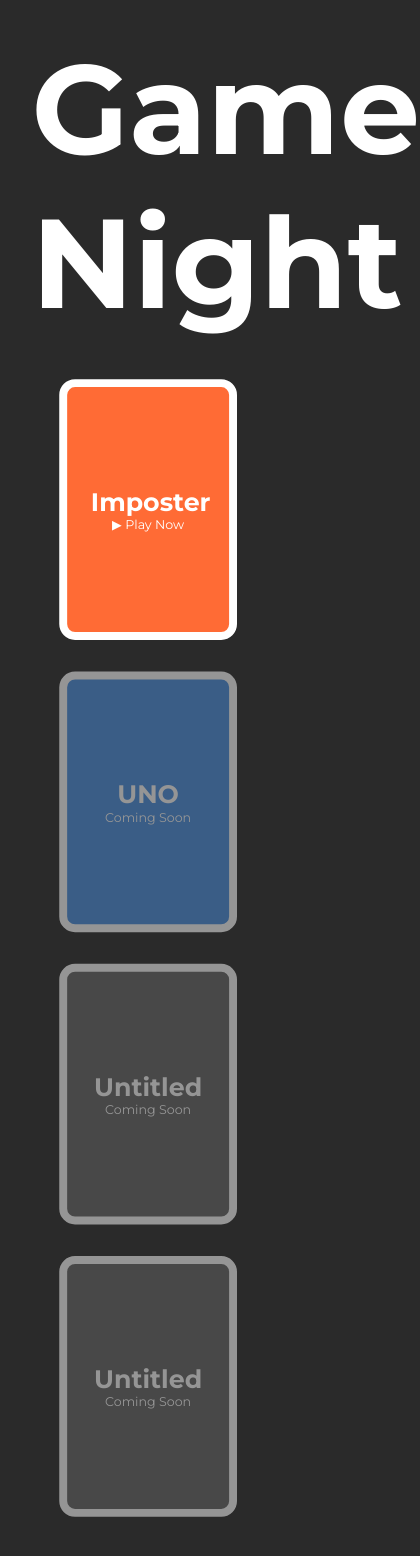
Repository: nfemmanuel/game-night-app
Page: /
The author's editor kept a copy of each file at every save. The page is drawn from the files as they stood at one save, then again after the next save.
The browser window is 375 px wide. The page is 532 px wide, then 375 px, then 532 px, so the pictures cover 532 px, including what lies to the right of the window. The pictures show the whole page, at 79% of full size.
The project was rebuilt for these pictures with package versions that can differ from the ones it lists, and the page was loaded fresh each time. Also part of the build but not shown: src/components/HelpButton.jsx, src/components/BackButton.jsx, src/pages/ImposterSetup.jsx, src/data/wordList.js, src/pages/ImposterReveal.jsx, src/pages/ImposterVoting.jsx.

Above is the page before, as saved 2025-12-31 17:51:34.

### public/index.html
<!DOCTYPE html>
<html lang="en">
  <head>
    <meta charset="utf-8" />
    <link rel="icon" href="%PUBLIC_URL%/favicon.ico" />
    <link rel="preconnect" href="https://fonts.googleapis.com">
    <link rel="preconnect" href="https://fonts.gstatic.com" crossorigin>
    <link href="https://fonts.googleapis.com/css2?family=Montserrat:wght@400;600;700&display=swap" rel="stylesheet">
    <meta name="viewport" content="width=device-width, initial-scale=1" />
    <meta name="theme-color" content="#000000" />
    <meta
      name="description"
      content="Web site created using create-react-app"
    />
    <link rel="apple-touch-icon" href="%PUBLIC_URL%/logo192.png" />
    <!--
      manifest.json provides metadata used when your web app is installed on a
      user's mobile device or desktop. See https://developers.google.com/web/fundamentals/web-app-manifest/
    -->
    <link rel="manifest" href="%PUBLIC_URL%/manifest.json" />
    <!--
      Notice the use of %PUBLIC_URL% in the tags above.
      It will be replaced with the URL of the `public` folder during the build.
      Only files inside the `public` folder can be referenced from the HTML.

      Unlike "/favicon.ico" or "favicon.ico", "%PUBLIC_URL%/favicon.ico" will
      work correctly both with client-side routing and a non-root public URL.
      Learn how to configure a non-root public URL by running `npm run build`.
    -->
    <title>React App</title>
  </head>
  <body>
    <noscript>You need to enable JavaScript to run this app.</noscript>
    <div id="root"></div>
    <!--
      This HTML file is a template.
      If you open it directly in the browser, you will see an empty page.

      You can add webfonts, meta tags, or analytics to this file.
      The build step will place the bundled scripts into the <body> tag.

      To begin the development, run `npm start` or `yarn start`.
      To create a production bundle, use `npm run build` or `yarn build`.
    -->
  </body>
</html>

### src/App.js
import { BrowserRouter, Routes, Route } from 'react-router-dom';
import './styles/global.css';
import LandingPage from './pages/LandingPage';
import ImposterSetup from './pages/ImposterSetup';
import ImposterReveal from './pages/ImposterReveal';
import ImposterVoting from './pages/ImposterVoting';

function App() {
  return (
    <BrowserRouter>
      <Routes>
        <Route path="/" element={<LandingPage />} />
        <Route path="/imposter-setup" element={<ImposterSetup />} />
        <Route path="/imposter-reveal" element={<ImposterReveal />} />
        <Route path="/imposter-voting" element={<ImposterVoting />} />
      </Routes>
    </BrowserRouter>
  );
}

export default App;

### src/styles/global.css
* {
    margin: 0;
    padding: 0;
    box-sizing: border-box;
}

body {
    font-family: 'Montserrat',
        'Helvetica Neue',
        'Arial',
        sans-serif;
    background-color: rgb(42, 42, 42);
    color: white;
    overflow: hidden;
}

button {
    cursor: pointer;
    border: none;
    border-radius: 5px;
    font-family: inherit;
    font-size: 1rem;
    padding: 10px 20px;
}

### src/pages/LandingPage.jsx
import { useNavigate } from 'react-router-dom';
import GameCard from '../components/GameCard';
import HelpButton from '../components/HelpButton';

function LandingPage() {
    const navigate = useNavigate();

    const handleClick = (gameName, route) => {
        if (route) {
            navigate(route);
        }
    };

    return (
        <div style={{ padding: '40px', textAlign: 'center' }}>
            <h1 style={{ fontSize: '10rem' }}>Game Night</h1>

            <div style={{
                display: 'flex',
                gap: '20px',
                justifyContent: 'center',
                marginTop: '40px',
                flexWrap: 'wrap'
            }}>
                <GameCard
                    name="Imposter"
                    available={true}
                    color="orange"
                    onClick={() => handleClick("Imposter", "/imposter-setup")}
                />
                <GameCard
                    name="UNO"
                    available={false}
                    color="blue"
                    onClick={() => handleClick("UNO", "/uno-setup")}
                />
                <GameCard
                    name="Untitled"
                    available={false}
                    onClick={() => { }}
                />
                <GameCard
                    name="Untitled"
                    available={false}
                    onClick={() => { }}
                />
            </div>
        </div>
    );
}

export default LandingPage;

### src/components/GameCard.jsx
import styles from './GameCard.module.css';

function GameCard({ name, available, onClick, color }) {  // Add color here
    // Combine card + available/disabled classes + color
    const cardClasses = `${styles.card} ${available ? styles.available : styles.disabled} ${color ? styles[color] : ''}`;

    return (
        <div
            className={cardClasses}
            onClick={available ? onClick : null}
        >
            <h1>{name}</h1>
            <p>{available ? '▶ Play Now' : 'Coming Soon'}</p>
        </div>
    );
}

export default GameCard;

### src/components/GameCard.module.css
.card {
    width: 225px;
    height: 330px;
    padding: 30px;
    margin: 10px;
    border-radius: 20px;
    border: 10px solid white;
    text-align: center;
    transition: all 0.3s ease;
    display: flex;
    flex-direction: column;
    justify-content: center;
}

.available {
    color: white;
    cursor: pointer;
}

.available:hover {
    transform: scale(1.05);
}

.disabled {
    background-color: #666;
    color: white;
    cursor: not-allowed;
    opacity: 0.5;
}

.orange {
    background-color: #FF6B35;
}

.orange:hover {
    box-shadow: 0 0 20px rgba(255, 107, 53, 0.6);
}

.blue {
    background-color: #4A90E2;
}

.blue:hover {
    box-shadow: 0 0 20px rgba(74, 144, 226, 0.6);
}

Loaded but not shown: src/index.js (common file); src/index.css (common file); src/reportWebVitals.js (common file)

After the next save:
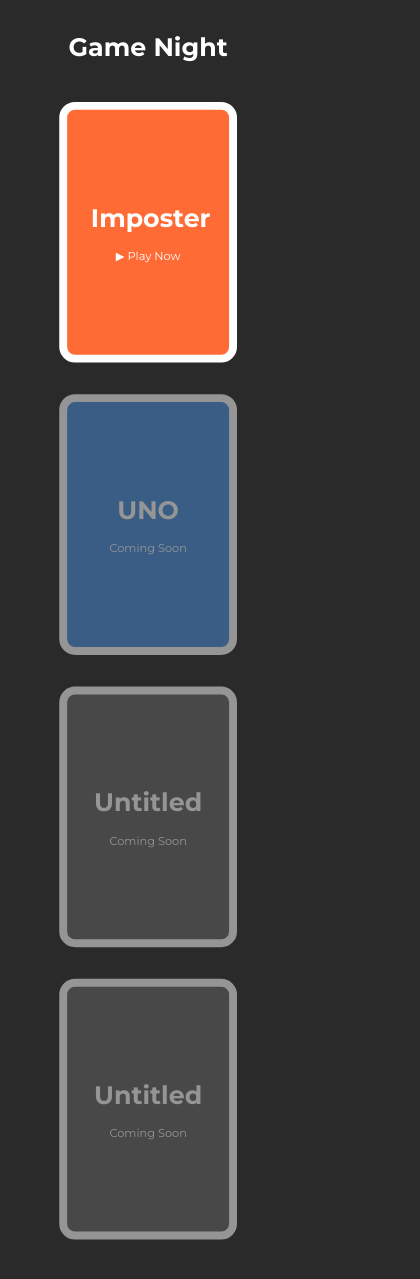
Saved 100 s later.
--- a/src/styles/global.css
+++ b/src/styles/global.css
@@ -5,13 +5,10 @@
 }
 
 body {
-    font-family: 'Montserrat',
-        'Helvetica Neue',
-        'Arial',
-        sans-serif;
+    font-family: 'Montserrat', 'Helvetica Neue', 'Arial', sans-serif;
     background-color: rgb(42, 42, 42);
     color: white;
-    overflow: hidden;
+    overflow-x: hidden;
 }
 
 button {
@@ -22,3 +19,47 @@
     font-size: 1rem;
     padding: 10px 20px;
 }
+
+/* Responsive typography */
+h1 {
+    font-size: clamp(2.5rem, 8vw, 10rem);
+    margin-bottom: 20px;
+}
+
+h2 {
+    font-size: clamp(1.5rem, 5vw, 3rem);
+}
+
+h3 {
+    font-size: clamp(1.2rem, 4vw, 2rem);
+}
+
+p {
+    font-size: clamp(0.9rem, 3vw, 1.5rem);
+}
+
+input {
+    font-size: clamp(1rem, 3vw, 1.5rem) !important;
+}
+
+button {
+    font-size: clamp(0.9rem, 3vw, 1.5rem) !important;
+    padding: clamp(10px, 2vw, 20px) clamp(20px, 4vw, 40px) !important;
+}
+
+/* Mobile adjustments */
+@media (max-width: 768px) {
+    body {
+        overflow-y: auto;
+    }
+
+    h1 {
+        font-size: 3rem !important;
+    }
+}
+
+@media (max-width: 480px) {
+    h1 {
+        font-size: 2rem !important;
+    }
+}

After the save that followed:
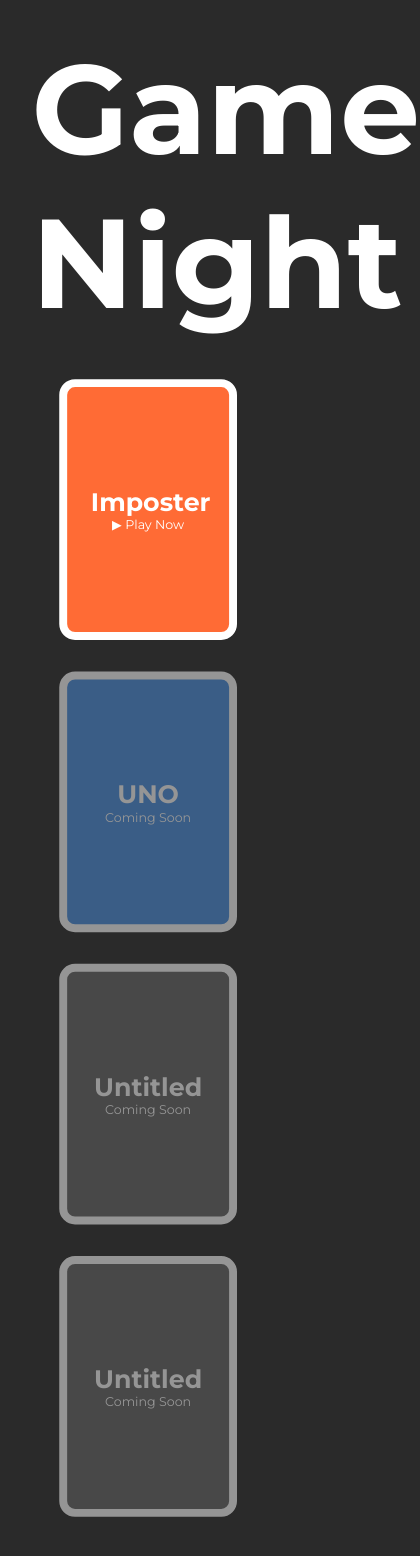
Saved 4 min 56 s later.
--- a/src/styles/global.css
+++ b/src/styles/global.css
@@ -8,7 +8,7 @@
     font-family: 'Montserrat', 'Helvetica Neue', 'Arial', sans-serif;
     background-color: rgb(42, 42, 42);
     color: white;
-    overflow-x: hidden;
+    overflow: hidden;
 }
 
 button {
@@ -20,46 +20,10 @@
     padding: 10px 20px;
 }
 
-/* Responsive typography */
-h1 {
-    font-size: clamp(2.5rem, 8vw, 10rem);
-    margin-bottom: 20px;
-}
-
-h2 {
-    font-size: clamp(1.5rem, 5vw, 3rem);
-}
-
-h3 {
-    font-size: clamp(1.2rem, 4vw, 2rem);
-}
-
-p {
-    font-size: clamp(0.9rem, 3vw, 1.5rem);
-}
-
-input {
-    font-size: clamp(1rem, 3vw, 1.5rem) !important;
-}
-
-button {
-    font-size: clamp(0.9rem, 3vw, 1.5rem) !important;
-    padding: clamp(10px, 2vw, 20px) clamp(20px, 4vw, 40px) !important;
-}
-
-/* Mobile adjustments */
+/* Mobile adjustments only */
 @media (max-width: 768px) {
     body {
         overflow-y: auto;
-    }
-
-    h1 {
-        font-size: 3rem !important;
+        /* Allow scrolling on mobile */
     }
 }
-
-@media (max-width: 480px) {
-    h1 {
-        font-size: 2rem !important;
-    }
-}
